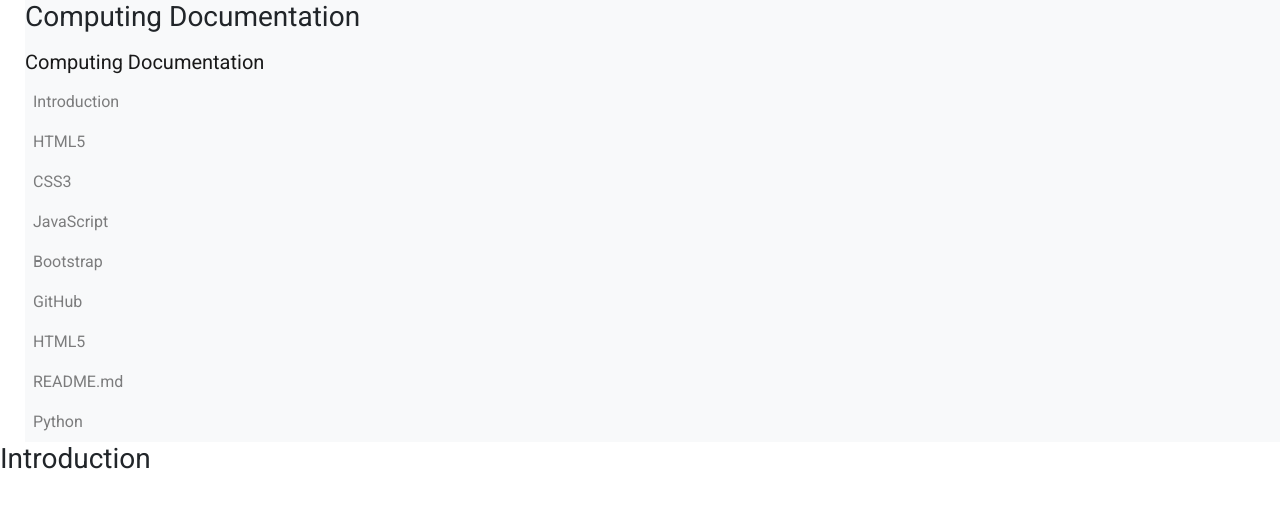
Repository: derektypist/technical-documentation-page
Page: index.html
The author's editor kept a record of every edit. The page is drawn from the files as they stood at one moment, then again after the next edit.
The browser window is 1280 px wide. The pictures show the whole page.

Above is the page before.

### index.html
<!DOCTYPE html>
<html lang="en">
<head>
    <meta charset="UTF-8">
    <meta name="viewport" content="width=device-width, initial-scale=1.0">
    <meta http-equiv="X-UA-Compatible" content="ie=edge">
    <title>Technical Documentation Page</title>
    <!-- Load Style Sheets -->
    <link rel="stylesheet" href="https://maxcdn.bootstrapcdn.com/bootstrap/4.4.1/css/bootstrap.min.css" integrity="sha384-Vkoo8x4CGsO3+Hhxv8T/Q5PaXtkKtu6ug5TOeNV6gBiFeWPGFN9MuhOf23Q9Ifjh" crossorigin="anonymous">
    <link href="https://fonts.googleapis.com/css?family=Roboto|Roboto+Mono&display=swap" rel="stylesheet">
    <style>
        /* Navigation */
        #navbar {
          font-family: "Roboto", Arial, Verdana, sans-serif;
          margin-left: 25px;
        }

        /* Main Content */
        #main-doc {
          font-family: "Roboto", Arial, Verdana, sans-serif;
        }
    </style>
</head>
<body>
    <!-- Set Up Navigation -->
    <nav class="navbar-expand navbar-light bg-light fixed-left nav flex-column" id="navbar">
      <header>
        <h3>Computing Documentation</h3>
      </header>
  <a class="navbar-brand" href="#">Computing Documentation</a>
  <button class="navbar-toggler" type="button" data-toggle="collapse" data-target="#navbarSupportedContent" aria-controls="navbarSupportedContent" aria-expanded="false" aria-label="Toggle navigation">
    <span class="navbar-toggler-icon"></span>
  </button>

  <div class="collapse navbar-collapse" id="navbarSupportedContent">
    <ul class="navbar-nav mr-auto flex-column">
      <li class="nav-item">
        <a class="nav-link" href="#">Introduction</a>
      </li>
      <li class="nav-item">
        <a class="nav-link" href="#">HTML5</a>
      </li>
      <li class="nav-item">
        <a class="nav-link" href="#">CSS3</a>
      </li>
      <li class="nav-item">
        <a class="nav-link" href="#">JavaScript</a>
      </li>
      <li class="nav-item">
        <a class="nav-link" href="#">Bootstrap</a>
      </li>
      <li class="nav-item">
        <a class="nav-link" href="#">GitHub</a>
      </li>
      <li class="nav-item">
        <a class="nav-link" href="#">HTML5</a>
      </li>
      <li class="nav-item">
        <a class="nav-link" href="#">README.md</a>
      </li>
      <li class="nav-item">
        <a class="nav-link" href="#">Python</a>
      </li>
</nav>

<!-- Set Up Main Content -->
<main id="main-doc">
<section class="main-section">
  <header id="introduction">
    <h3>Introduction</h3>
  </header>
</section>
</main>
</body>
</html>

After the next edit:
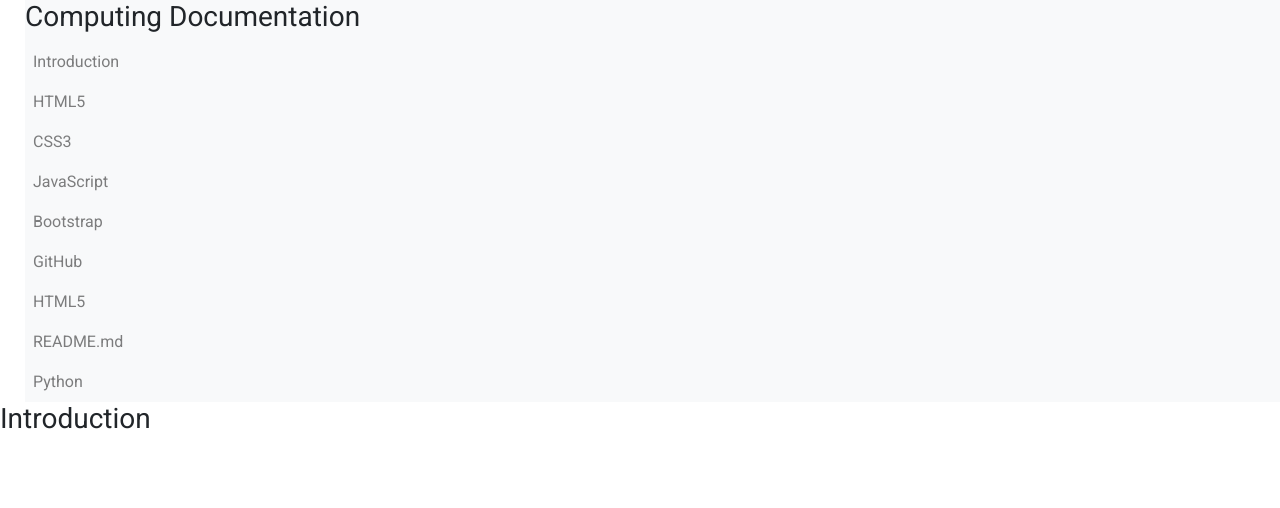
The edit:
--- a/index.html
+++ b/index.html
@@ -27,10 +27,7 @@
       <header>
         <h3>Computing Documentation</h3>
       </header>
-  <a class="navbar-brand" href="#">Computing Documentation</a>
-  <button class="navbar-toggler" type="button" data-toggle="collapse" data-target="#navbarSupportedContent" aria-controls="navbarSupportedContent" aria-expanded="false" aria-label="Toggle navigation">
-    <span class="navbar-toggler-icon"></span>
-  </button>
+
 
   <div class="collapse navbar-collapse" id="navbarSupportedContent">
     <ul class="navbar-nav mr-auto flex-column">
